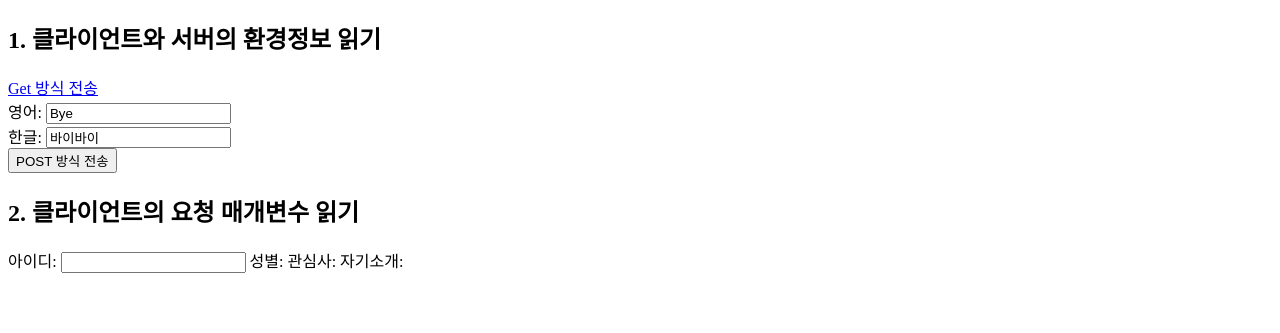
Repository: bhj305/JSP_Servlet
Page: http://localhost/MustHaveJSP/02ImplicitObject/RequestMain.jsp
These files come from the project's save history. The page is drawn as it stood at one moment and after the next save; the edit follows.
The browser window is 1280 px wide. The pictures show the whole page.
The page is served by Tomcat 10.

Above is the page before, as saved 2025-05-02 05:50:17.

After the next save:
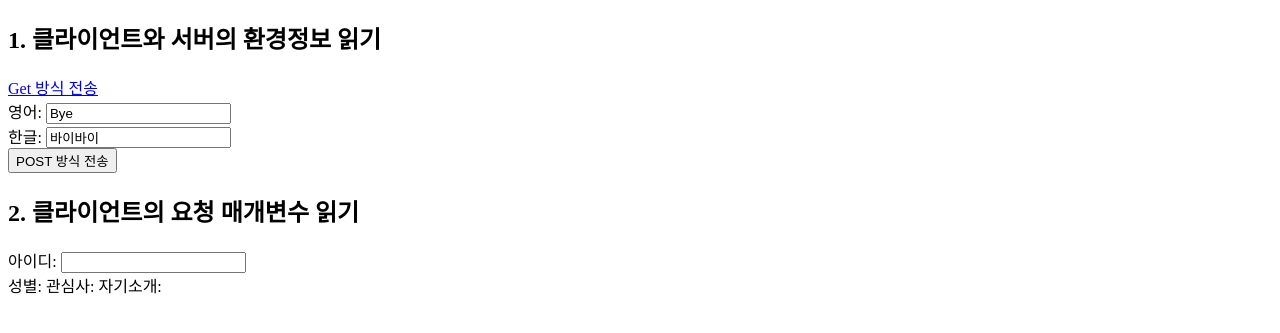
Saved 7 s later.
--- a/MustHaveJSP/src/main/webapp/02ImplicitObject/RequestMain.jsp
+++ b/MustHaveJSP/src/main/webapp/02ImplicitObject/RequestMain.jsp
@@ -20,7 +20,7 @@
 
 		<h2>2. 클라이언트의 요청 매개변수 읽기</h2>
 		<form method="post" action="RequestParameter.jsp">
-			아이디: <input type="text" name="id" value="">
+			아이디: <input type="text" name="id" value="" /><br/>
 			성별:
 			관심사:
 			자기소개:
